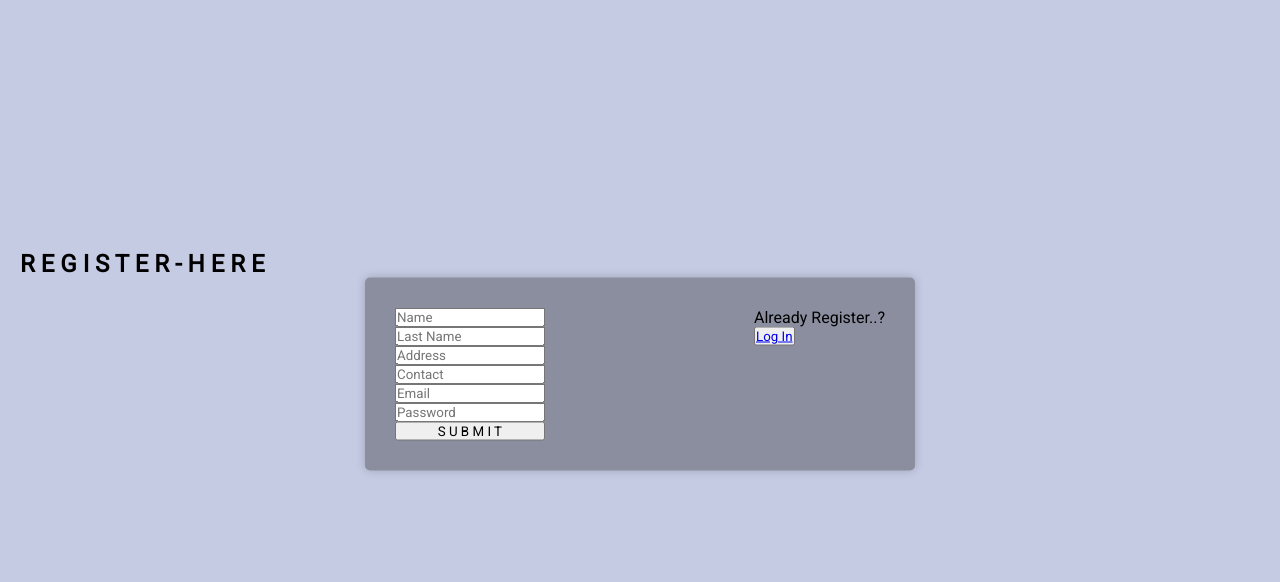
Repository: Krushna26nk/WebApplication
Page: http://localhost/Application/
An editor plug-in stored every save of this project. The page is shown before and after the next save, followed by the edit.
The browser window is 1280 px wide. The pictures show the whole page.
The page is served by Tomcat 9. Other server files are loaded and not shown.

Above is the page before, as saved 2019-05-31 13:30:49.

### web/Application/WebContent/RegisterData.jsp
<%@ page language="java" contentType="text/html; charset=UTF-8"
    pageEncoding="UTF-8"%>
<!DOCTYPE html PUBLIC "-//W3C//DTD HTML 4.01 Transitional//EN" "http://www.w3.org/TR/html4/loose.dtd">
<html>
<head>
<meta http-equiv="Content-Type" content="text/html; charset=UTF-8">
<link rel="stylesheet" type="text/css" href="Style.css">
<title>Insert title here</title>
</head>
<body bg="blur.jpg">
<div class="regDiv">
	<h2> R E G I S T E R - H E R E </h2>
<div class="formDiv">
	<form class="form" action="Registration" style="align:middle;">
				 <div class="inputFields">

					  	<input type="text" class="input" id="firstName" placeholder="Name" name="uname">

				 	  	<input type="text" class="input" id="lastName" placeholder="Last Name" name="lname">

				  	   	<input type="text" class="input" id="userAddress" placeholder="Address" name="address">

				  		<input type="number" class="input" id="contactNo" placeholder="Contact" name="contact">

				  		<input type="email" class="input" id="emailId" placeholder="Email" name="email">

				  		<input type="password" class="input" id="userPassword" placeholder="Password" name="pass">


		 				<input type="submit" class="input" value="S U B M I T">
		 </div>
	</form>
	<div class="alreadyDiv">
		<p class="para"> Already Register..?  </p>
		<button class="button" type="button"><a href="Login.jsp"> Log In </a></button>
	</div>
</div>

</div>


<script type="text/javascript">
	var userFName = document.getElementById("firstName");
	var userLName = document.getElementById("lastName");
	var userAddr = document.getElementById("userAddress");
	var contct = document.getElementById("contactNo");
	var emailId = document.getElementById("emailId");
	var userPass = document.getElementById("userPassword");
</script>


</body>
</html>

### web/Application/WebContent/Style.css
@CHARSET "UTF-8";
@import url('https://fonts.googleapis.com/css?family=Roboto');
*{
	margin:0;
	padding:0;
	box-sizing: border-box;
	outline:none;
	font-family: 'Roboto', sans-serif;
}
body{
	background-color:#C5CBE3;
}

.regDiv{
	position:absolute;
	top:50%;
	transform:translateY(-50%);
	width:100%;
	padding:0px 20px;

}
.formDiv{
	max-width:550px;
	margin:0 auto;
	background:rgba(0,0,0,0.3);
	padding:30px;
	border-radius:5px;
	display:flex;
	justify-content:space-between;
	box-shadow: 0 0 10px rgba(0,0,0,0.2);
}

.inputFields{
	display:flex;
	flex-direction:column;
	margin-right:4%;
}

.alreadyDiv .para .button
.inputFields .input{
	margin:10px;
	background:rgba(0,0,0,0.5);
}

After the next save:
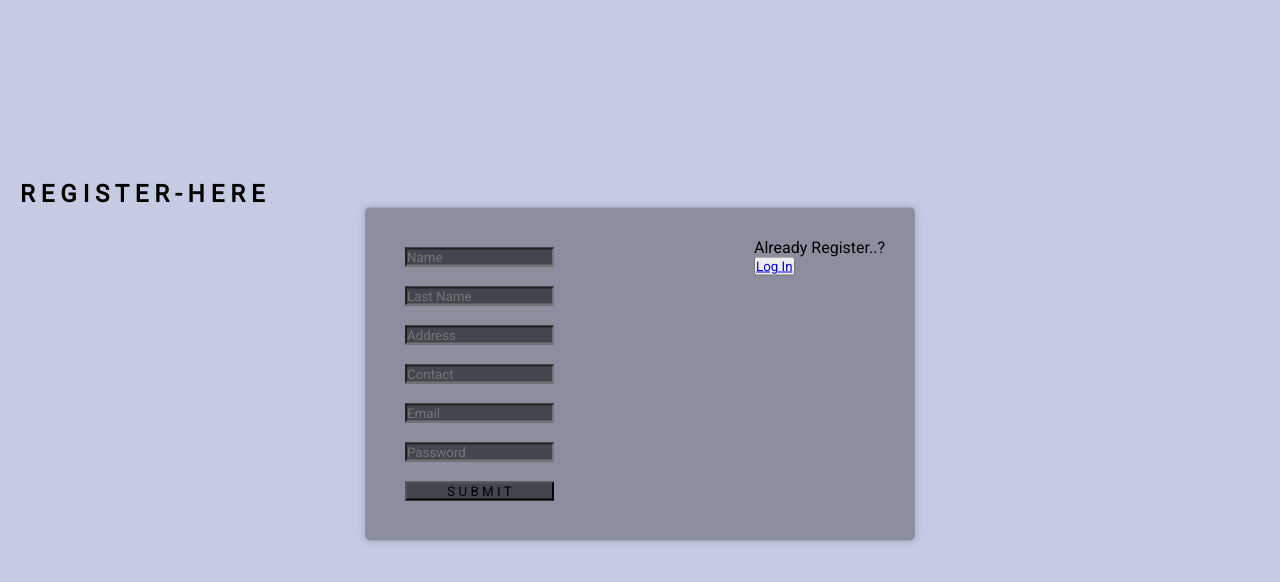
Saved 16 s later.
--- a/web/Application/WebContent/Style.css
+++ b/web/Application/WebContent/Style.css
@@ -36,7 +36,7 @@ body{
 	margin-right:4%;
 }
 
-.alreadyDiv .para .button
+.alreadyDiv .para .button,
 .inputFields .input{
 	margin:10px;
 	background:rgba(0,0,0,0.5);
